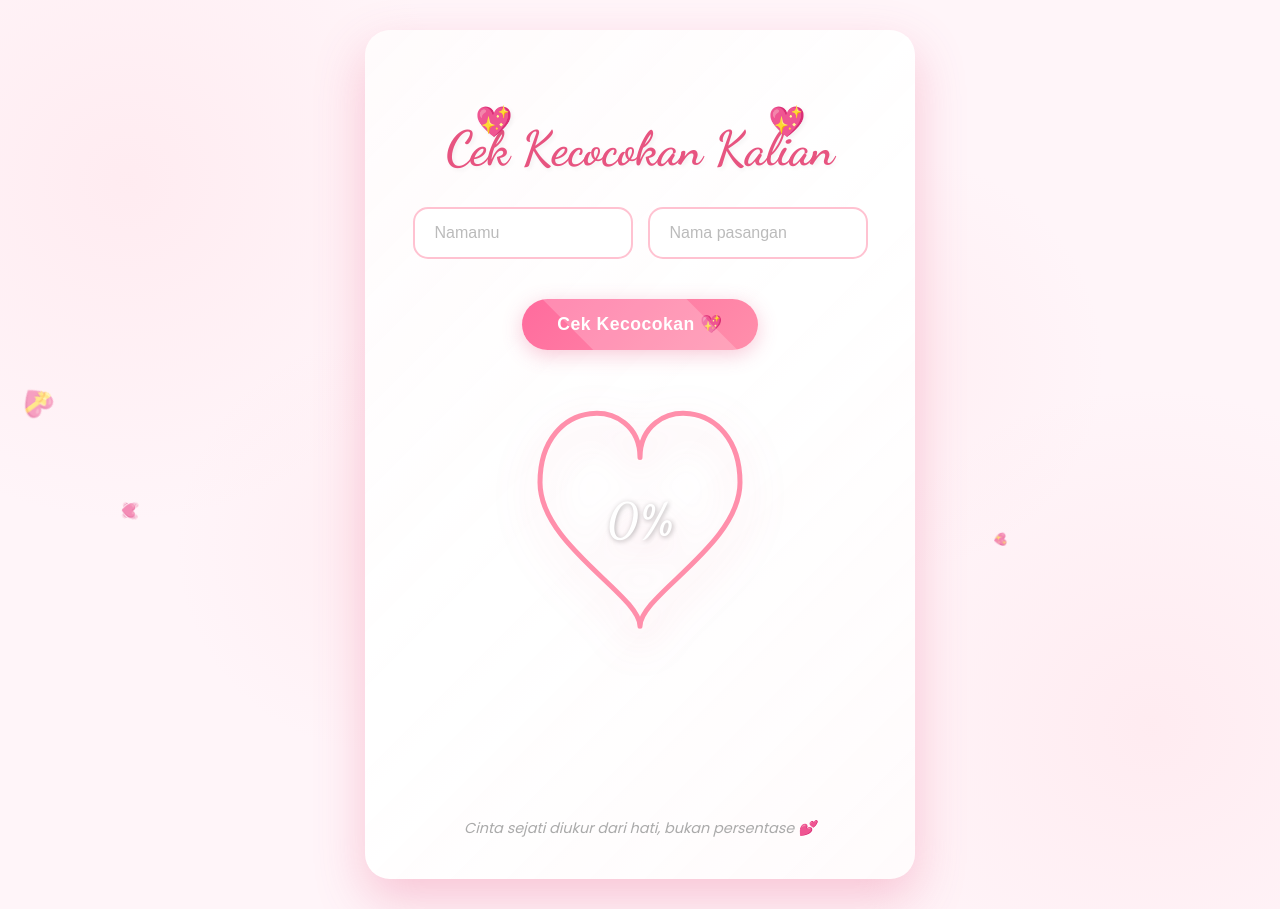
Repository: zhr-nabila/cek-jodoh
Page: cek.html
An editor plug-in stored every save of this project. The page is shown before and after the next save, followed by the edit.
The browser window is 1280 px wide. The pictures show the whole page.

Above is the page before, as saved 2025-06-10 00:36:16.

### cek.html
<!DOCTYPE html>
<html lang="id">
  <head>
    <meta charset="UTF-8" />
    <meta name="viewport" content="width=device-width, initial-scale=1.0" />
    <title>Cek Kecocokan Pasangan</title>
    <link
      rel="stylesheet"
      href="https://cdnjs.cloudflare.com/ajax/libs/animate.css/4.1.1/animate.min.css"
    />
    <style>
      @import url("https://fonts.googleapis.com/css2?family=Dancing+Script:wght@700&family=Poppins:wght@300;400;500;600&display=swap");

      :root {
        --pink-dark: #e75480;
        --pink-medium: #ff6b9d;
        --pink-light: #ff8fab;
        --pink-soft: #ffc2d1;
        --pink-pale: #fff5f9;
        --shadow-pink: rgba(231, 84, 128, 0.3);
      }

      * {
        box-sizing: border-box;
        margin: 0;
        padding: 0;
      }

      /* Ini biar scrollbar enggak keliatan */
      ::-webkit-scrollbar {
        width: 0;
        background: transparent;
      }

      body {
        background-color: var(--pink-pale);
        font-family: "Poppins", sans-serif;
        text-align: center;
        padding: 30px 0;
        margin: 0;
        min-height: 100vh;
        display: flex;
        justify-content: center;
        align-items: center;
        background-image: radial-gradient(
            circle at 10% 20%,
            rgba(255, 182, 193, 0.15) 0%,
            transparent 25%
          ),
          radial-gradient(
            circle at 90% 80%,
            rgba(255, 182, 193, 0.15) 0%,
            transparent 25%
          ),
          radial-gradient(
            circle at 30% 60%,
            rgba(255, 182, 193, 0.1) 0%,
            transparent 20%
          ),
          radial-gradient(
            circle at 70% 40%,
            rgba(255, 182, 193, 0.1) 0%,
            transparent 20%
          );
        overflow-x: hidden;
        -ms-overflow-style: none; /* IE dan Edge */
        scrollbar-width: none; /* Firefox */
      }

      .container {
        background: white;
        border-radius: 25px;
        padding: 40px;
        box-shadow: 0 20px 50px var(--shadow-pink);
        width: 95%;
        max-width: 550px;
        position: relative;
        overflow: hidden;
        transition: transform 0.3s ease;
        z-index: 1;
      }

      .container::before {
        content: "";
        position: absolute;
        top: -10px;
        left: -10px;
        right: -10px;
        bottom: -10px;
        background: linear-gradient(
          135deg,
          rgba(255, 192, 203, 0.1) 0%,
          rgba(255, 255, 255, 0) 50%,
          rgba(255, 192, 203, 0.1) 100%
        );
        border-radius: 30px;
        z-index: -1;
        animation: shine 8s infinite;
      }

      @keyframes shine {
        0%,
        100% {
          opacity: 0.3;
        }
        50% {
          opacity: 0.8;
        }
      }

      h1 {
        color: var(--pink-dark);
        font-size: 3rem;
        margin-bottom: 30px;
        margin-top: 50px;
        font-family: "Dancing Script", cursive;
        text-shadow: 2px 2px 4px rgba(0, 0, 0, 0.05);
        position: relative;
        animation: fadeInDown 1s ease;
      }

      h1::after,
      h1::before {
        content: "💖";
        position: absolute;
        font-size: 1.8rem;
        animation: heartbeat 1.5s infinite;
      }

      h1::after {
        top: -15px;
        right: 15%;
      }

      h1::before {
        top: -15px;
        left: 15%;
      }

      .input-group {
        display: flex;
        gap: 15px;
        margin-bottom: 25px;
        justify-content: center;
        animation: fadeIn 1s ease 0.2s both;
      }

      input {
        padding: 15px 20px;
        font-size: 1rem;
        border-radius: 15px;
        border: 2px solid var(--pink-soft);
        width: 100%;
        max-width: 220px;
        transition: all 0.3s;
        background-color: rgba(255, 255, 255, 0.9);
        color: #555;
        font-weight: 500;
      }

      input::placeholder {
        color: #bbb;
        font-weight: 400;
      }

      input:focus {
        outline: none;
        border-color: var(--pink-medium);
        box-shadow: 0 0 0 4px rgba(255, 107, 157, 0.2);
        transform: translateY(-2px);
      }

      button {
        padding: 15px 35px;
        background: linear-gradient(
          135deg,
          var(--pink-medium) 0%,
          var(--pink-light) 100%
        );
        border: none;
        border-radius: 50px;
        color: white;
        font-size: 1.1rem;
        font-weight: 600;
        cursor: pointer;
        transition: all 0.3s;
        box-shadow: 0 5px 20px var(--shadow-pink);
        margin: 15px 0 25px;
        position: relative;
        overflow: hidden;
        animation: fadeIn 1s ease 0.4s both;
        letter-spacing: 0.5px;
      }

      button:hover {
        transform: translateY(-5px);
        box-shadow: 0 10px 25px rgba(231, 84, 128, 0.5);
        background: linear-gradient(
          135deg,
          var(--pink-dark) 0%,
          var(--pink-medium) 100%
        );
      }

      button:active {
        transform: translateY(1px);
      }

      button::after {
        content: "";
        position: absolute;
        top: -50%;
        left: -50%;
        width: 200%;
        height: 200%;
        background: rgba(255, 255, 255, 0.2);
        transform: rotate(45deg);
        transition: all 0.7s;
      }

      button:hover::after {
        left: 100%;
      }

      .love-meter-container {
        perspective: 1000px;
        margin: 30px auto;
        animation: fadeIn 1s ease 0.6s both;
      }

      .love-meter {
        position: relative;
        width: 250px;
        height: 230px;
        margin: 0 auto;
        filter: drop-shadow(0 15px 20px rgba(231, 84, 128, 0.25));
        transform-style: preserve-3d;
        transition: transform 0.5s ease;
      }

      .love-meter:hover {
        transform: rotateY(10deg) rotateX(5deg);
      }

      .heart-svg {
        width: 100%;
        height: 100%;
      }

      .love-fill {
        fill: url(#gradientFill);
        transition: y 1.5s cubic-bezier(0.68, -0.55, 0.27, 1.55),
          height 1.5s cubic-bezier(0.68, -0.55, 0.27, 1.55);
      }

      .percentage {
        position: absolute;
        top: 50%;
        left: 50%;
        transform: translate(-50%, -50%);
        font-size: 3rem;
        font-weight: bold;
        color: white;
        text-shadow: 1px 1px 5px rgba(0, 0, 0, 0.3);
        font-family: "Dancing Script", cursive;
        transition: all 0.3s;
      }

      .message {
        font-size: 1.3rem;
        margin: 20px 0;
        color: var(--pink-dark);
        min-height: 60px;
        padding: 0 20px;
        line-height: 1.5;
        opacity: 0;
        transform: translateY(10px);
        transition: all 0.5s ease-out 0.5s;
        font-weight: 500;
      }

      .message.show {
        opacity: 1;
        transform: translateY(0);
      }

      .couple-names {
        display: flex;
        justify-content: center;
        align-items: center;
        gap: 15px;
        font-size: 1.5rem;
        color: var(--pink-dark);
        font-weight: 600;
        margin-bottom: 15px;
        opacity: 0;
        transform: scale(0.9);
        transition: all 0.5s ease-out 0.3s;
      }

      .couple-names.show {
        opacity: 1;
        transform: scale(1);
      }

      .heart-icon {
        color: var(--pink-medium);
        font-size: 1.8rem;
        animation: heartbeat 1.5s infinite;
        display: inline-block;
        transform-origin: center;
      }

      @keyframes heartbeat {
        0% {
          transform: scale(1);
        }
        25% {
          transform: scale(1.1);
        }
        50% {
          transform: scale(1);
        }
        75% {
          transform: scale(1.1);
        }
        100% {
          transform: scale(1);
        }
      }

      .floating-hearts {
        position: fixed;
        width: 100%;
        height: 100%;
        top: 0;
        left: 0;
        pointer-events: none;
        z-index: -1;
        overflow: hidden;
      }

      .floating-heart {
        position: absolute;
        font-size: 1rem;
        color: var(--pink-light);
        opacity: 0;
        animation: float-up 4s linear forwards;
        z-index: -1;
      }

      @keyframes float-up {
        0% {
          transform: translateY(100vh) rotate(0deg) scale(0.5);
          opacity: 0;
        }
        10% {
          opacity: 0.8;
        }
        100% {
          transform: translateY(-20vh) rotate(360deg) scale(1.2);
          opacity: 0;
        }
      }

      .sparkle {
        position: absolute;
        width: 5px;
        height: 5px;
        background-color: #fff;
        border-radius: 50%;
        pointer-events: none;
        opacity: 0;
        animation: sparkle 1s forwards;
      }

      @keyframes sparkle {
        0% {
          transform: scale(0);
          opacity: 0;
        }
        50% {
          opacity: 0.8;
        }
        100% {
          transform: scale(2);
          opacity: 0;
        }
      }

      .ripple {
        position: absolute;
        border-radius: 50%;
        background-color: rgba(255, 255, 255, 0.6);
        transform: scale(0);
        pointer-events: none;
        animation: ripple 1s ease-out;
      }

      @keyframes ripple {
        to {
          transform: scale(4);
          opacity: 0;
        }
      }

      .confetti {
        position: absolute;
        width: 10px;
        height: 10px;
        background-color: var(--pink-light);
        opacity: 0;
        animation: confetti-fall 3s linear forwards;
      }

      @keyframes confetti-fall {
        0% {
          transform: translateY(-100vh) rotate(0deg);
          opacity: 1;
        }
        100% {
          transform: translateY(100vh) rotate(360deg);
          opacity: 0;
        }
      }

      .footer-note {
        margin-top: 30px;
        font-size: 0.9rem;
        color: #aaa;
        font-style: italic;
        animation: fadeIn 1s ease 0.8s both;
      }

      @media (max-width: 600px) {
        .container {
          padding: 30px 20px;
          width: 95%;
        }

        h1 {
          font-size: 2.5rem;
        }

        h1::after,
        h1::before {
          font-size: 1.5rem;
        }

        .input-group {
          flex-direction: column;
          align-items: center;
          gap: 15px;
        }

        input {
          max-width: 100%;
          padding: 12px 15px;
        }

        .love-meter {
          width: 200px;
          height: 180px;
        }

        .percentage {
          font-size: 2.5rem;
        }

        button {
          padding: 12px 25px;
          font-size: 1rem;
        }

        .couple-names {
          font-size: 1.3rem;
        }

        .message {
          font-size: 1.1rem;
        }
      }

      /* Animations */
      @keyframes fadeIn {
        from {
          opacity: 0;
        }
        to {
          opacity: 1;
        }
      }

      @keyframes fadeInDown {
        from {
          opacity: 0;
          transform: translateY(-20px);
        }
        to {
          opacity: 1;
          transform: translateY(0);
        }
      }

      @keyframes bounceIn {
        from {
          opacity: 0;
          transform: scale(0.5);
        }
        to {
          opacity: 1;
          transform: scale(1);
        }
      }
    </style>
  </head>
  <body>
    <div class="container">
      <h1 class="animate__animated animate__fadeInDown">Cek Kecocokan Kalian</h1>

      <div class="input-group">
        <input
          type="text"
          id="name1"
          placeholder="Namamu"
          class="animate__animated animate__fadeIn"
        />
        <input
          type="text"
          id="name2"
          placeholder="Nama pasangan"
          class="animate__animated animate__fadeIn"
        />
      </div>

      <button onclick="hitung()" class="animate__animated animate__fadeIn">
        Cek Kecocokan 💖
      </button>

      <div class="love-meter-container">
        <div class="love-meter">
          <svg viewBox="0 0 200 180" class="heart-svg">
            <defs>
              <clipPath id="heartClip">
                <path
                  d="M100 40
                   C100 -10, 180 -10, 180 60
                   C180 110, 100 150, 100 175
                   C100 150, 20 110, 20 60
                   C20 -10, 100 -10, 100 40Z"
                />
              </clipPath>
              <linearGradient id="gradientFill" x1="0" y1="1" x2="0" y2="0">
                <stop offset="0%" stop-color="#e75480" />
                <stop offset="50%" stop-color="#ff6b9d" />
                <stop offset="100%" stop-color="#ff8fab" />
              </linearGradient>
            </defs>
            <rect
              class="love-fill"
              x="0"
              y="180"
              width="200"
              height="0"
              clip-path="url(#heartClip)"
            />
            <path
              d="M100 40
               C100 -10, 180 -10, 180 60
               C180 110, 100 150, 100 175
               C100 150, 20 110, 20 60
               C20 -10, 100 -10, 100 40Z"
              fill="none"
              stroke="#ff8fab"
              stroke-width="4"
              stroke-linejoin="round"
            />
          </svg>
          <div class="percentage">0%</div>
        </div>
      </div>

      <div class="couple-names" id="couple-names">
        <span id="name1-output">Kamu</span>
        <span class="heart-icon">❤️</span>
        <span id="name2-output">Dia</span>
      </div>

      <div class="message" id="message"></div>

      <div class="footer-note">
        Cinta sejati diukur dari hati, bukan persentase 💕
      </div>
    </div>

    <div class="floating-hearts" id="floating-hearts"></div>

    <script>
      function hitungKecocokan(nama1, nama2) {
        let skor = 0;
        const gabungan = (nama1 + nama2).toLowerCase();

        // Hitung berdasarkan huruf
        for (let char of gabungan) {
          skor += char.charCodeAt(0);
        }

        // Tambah random biar seru
        const random = Math.floor(Math.random() * 11); // 0-10

        // Skor dasar antara 40-100 ditambah random
        return Math.min(40 + (skor % 61) + random, 100);
      }

      function dapatkanPesan(skor) {
        if (skor >= 95)
          return "Jodoh sejati! Kalian ditakdirkan bersama ✨💫";
        if (skor >= 90) return "Cinta abadi! Hubungan kalian kuat banget 💖";
        if (skor >= 80) return "Pasangan serasi! Kalian memang berjodoh 😍";
        if (skor >= 70) return "Chemistry-nya wow! Kalian saling melengkapi 🌟";
        if (skor >= 60) return "Potensi bagus! Rawat terus hubungan ini ❤️";
        if (skor >= 50) return "Koneksi oke! Bisa berkembang kalau dijaga 🌱";
        if (skor >= 40) return "Teman dulu aja! Siapa tahu nanti jadian 😊";
        return "Unik banget! Setiap kisah cinta itu spesial 💞";
      }

      function buatHati(jumlah = 5) {
        const container = document.getElementById("floating-hearts");
        const simbolHati = ["❤️", "💖", "💗", "💓", "💘", "💝"];

        for (let i = 0; i < jumlah; i++) {
          const hati = document.createElement("div");
          hati.classList.add("floating-heart");
          hati.innerHTML =
            simbolHati[Math.floor(Math.random() * simbolHati.length)];
          hati.style.left = Math.random() * 100 + "vw";
          hati.style.animationDuration = Math.random() * 3 + 3 + "s";
          hati.style.fontSize = Math.random() * 20 + 15 + "px";
          hati.style.animationDelay = Math.random() * 2 + "s";
          container.appendChild(hati);

          setTimeout(() => {
            hati.remove();
          }, 5000);
        }
      }

      function buatKilatan(x, y) {
        for (let i = 0; i < 10; i++) {
          const kilat = document.createElement("div");
          kilat.classList.add("sparkle");
          kilat.style.left = x + "px";
          kilat.style.top = y + "px";
          kilat.style.animationDelay = i * 0.1 + "s";
          document.body.appendChild(kilat);

          setTimeout(() => {
            kilat.remove();
          }, 1000);
        }
      }

      function buatRipple(x, y) {
        const ripple = document.createElement("div");
        ripple.classList.add("ripple");
        ripple.style.left = x + "px";
        ripple.style.top = y + "px";
        document.body.appendChild(ripple);

        setTimeout(() => {
          ripple.remove();
        }, 1000);
      }

      function buatKonfeti() {
        const warna = ["#ff6b9d", "#ff8fab", "#ffc2d1", "#e75480", "#ffb6c1"];
        const container = document.getElementById("floating-hearts");

        for (let i = 0; i < 50; i++) {
          const konfeti = document.createElement("div");
          konfeti.classList.add("confetti");
          konfeti.style.left = Math.random() * 100 + "vw";
          konfeti.style.backgroundColor =
            warna[Math.floor(Math.random() * warna.length)];
          konfeti.style.width = Math.random() * 10 + 5 + "px";
          konfeti.style.height = Math.random() * 10 + 5 + "px";
          konfeti.style.animationDuration = Math.random() * 2 + 2 + "s";
          container.appendChild(konfeti);

          setTimeout(() => {
            konfeti.remove();
          }, 3000);
        }
      }

      function animasiDetakHati() {
        const iconHati = document.querySelector(".heart-icon");
        iconHati.style.animation = "none";
        void iconHati.offsetWidth; // Trigger reflow
        iconHati.style.animation = "heartbeat 0.6s ease 3";
      }

      function hitung() {
        const nama1 = document.getElementById("name1").value.trim();
        const nama2 = document.getElementById("name2").value.trim();
        const isiHati = document.querySelector(".love-fill");
        const persentase = document.querySelector(".percentage");
        const pesan = document.getElementById("message");
        const nama1Output = document.getElementById("name1-output");
        const nama2Output = document.getElementById("name2-output");
        const pasangan = document.getElementById("couple-names");
        const container = document.querySelector(".container");

        if (!nama1 || !nama2) {
          alert("Isi dulu nama kalian berdua dong!");
          return;
        }

        // Animasi klik
        container.classList.add("animate__animated", "animate__pulse");
        setTimeout(() => {
          container.classList.remove("animate__animated", "animate__pulse");
        }, 1000);

        // Update nama
        nama1Output.textContent = nama1 || "Kamu";
        nama2Output.textContent = nama2 || "Dia";

        // Reset tampilan
        isiHati.setAttribute("y", 180);
        isiHati.setAttribute("height", 0);
        persentase.textContent = "0%";
        pesan.textContent = "";
        pesan.classList.remove("show");
        pasangan.classList.remove("show");

        // Hitung
        const persen = hitungKecocokan(nama1, nama2);
        const tinggiMaks = 180;
        const tinggiIsi = (persen / 100) * tinggiMaks;

        // Animasi setelah jeda
        setTimeout(() => {
          isiHati.setAttribute("y", tinggiMaks - tinggiIsi);
          isiHati.setAttribute("height", tinggiIsi);

          let sekarang = 0;
          const timer = setInterval(() => {
            sekarang++;
            persentase.textContent = sekarang + "%";

            // Animasi detak jantung di persentase tertentu
            if (sekarang === 50 || sekarang === 75 || sekarang === persen) {
              animasiDetakHati();
            }

            if (sekarang >= persen) {
              clearInterval(timer);
              pesan.textContent = dapatkanPesan(persen);
              pesan.classList.add("show");
              pasangan.classList.add("show");

              // Efek keren berdasarkan skor
              if (persen >= 80) {
                buatKonfeti();
                for (let i = 0; i < 20; i++) {
                  setTimeout(() => {
                    buatHati(5);
                  }, i * 100);
                }
              } else if (persen >= 60) {
                for (let i = 0; i < 15; i++) {
                  setTimeout(() => {
                    buatHati(3);
                  }, i * 150);
                }
              } else {
                for (let i = 0; i < 10; i++) {
                  setTimeout(() => {
                    buatHati(2);
                  }, i * 200);
                }
              }
            }
          }, 20);
        }, 100);
      }

      // Efek kilat saat input diklik
      document.querySelectorAll("input").forEach((input) => {
        input.addEventListener("focus", (e) => {
          const rect = e.target.getBoundingClientRect();
          buatKilatan(
            rect.left + rect.width / 2,
            rect.top + rect.height / 2
          );
        });
      });

      // Efek ripple saat tombol diklik
      document.querySelector("button").addEventListener("click", (e) => {
        const rect = e.target.getBoundingClientRect();
        buatRipple(rect.left + rect.width / 2, rect.top + rect.height / 2);
      });

      // Bisa pake Enter juga
      document.addEventListener("keypress", function (e) {
        if (e.key === "Enter") {
          hitung();
        }
      });

      // Hati-harti awal
      for (let i = 0; i < 8; i++) {
        setTimeout(() => {
          buatHati(1);
        }, i * 800);
      }
    </script>
  </body>
</html>

After the next save:
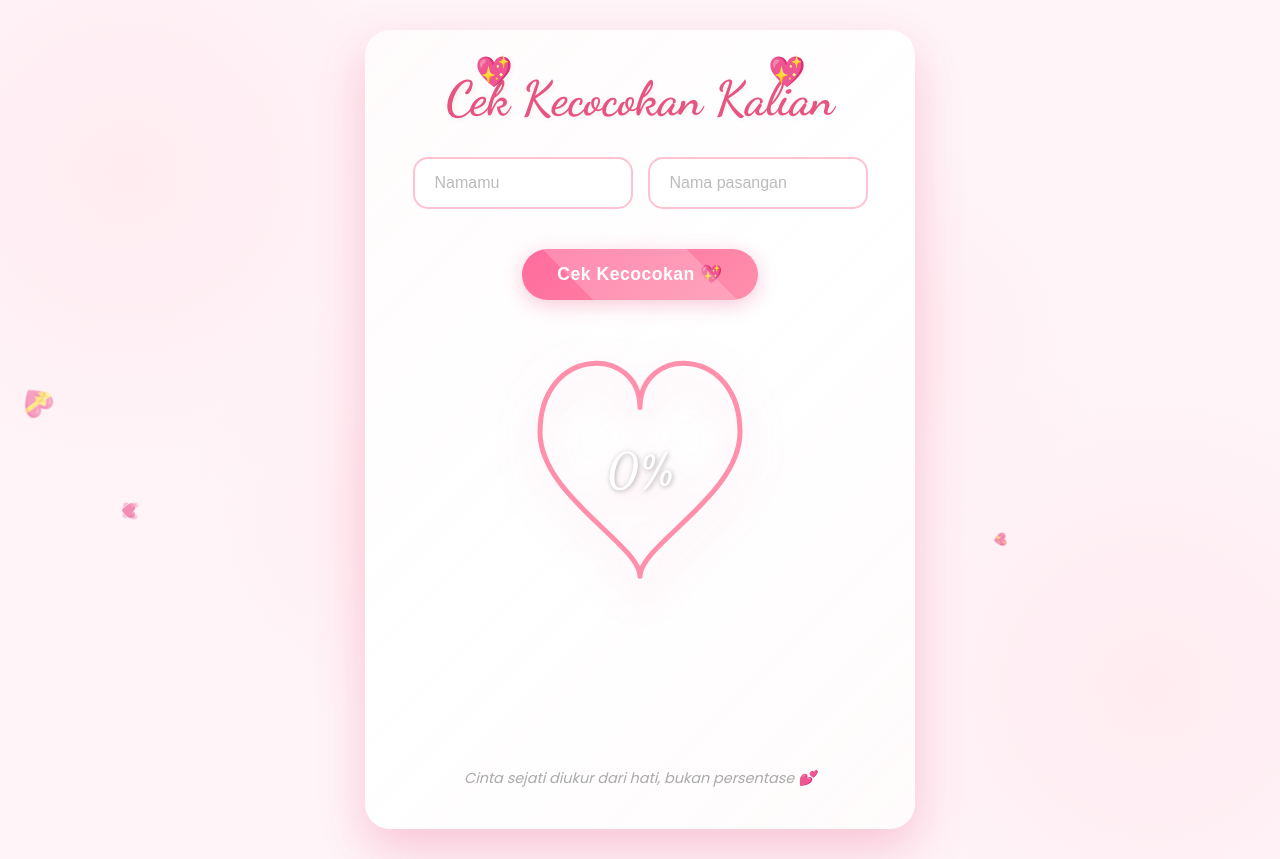
Saved 12 s later.
--- a/cek.html
+++ b/cek.html
@@ -112,7 +112,7 @@
         color: var(--pink-dark);
         font-size: 3rem;
         margin-bottom: 30px;
-        margin-top: 50px;
+        margin-top: ;
         font-family: "Dancing Script", cursive;
         text-shadow: 2px 2px 4px rgba(0, 0, 0, 0.05);
         position: relative;
